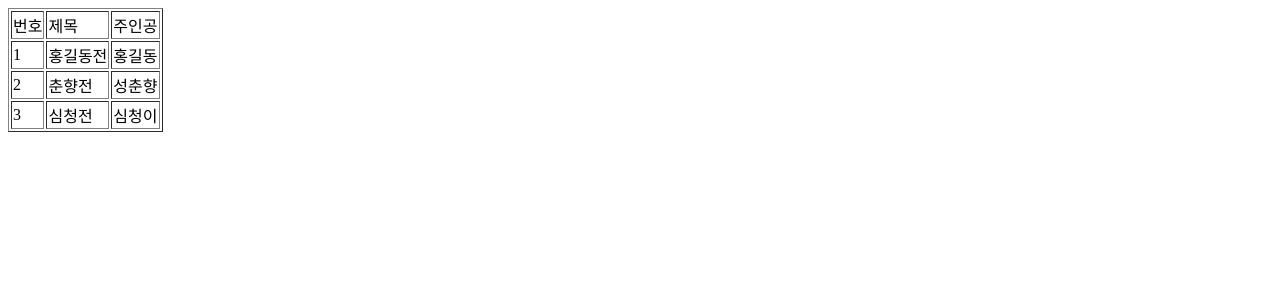
Repository: JeongminHW/Web_study
Page: HTML/myHTML/src/main/webapp/ch03/table.html
An editor plug-in stored every save of this project. The page is shown before and after a run of saves, followed by the edit.
The browser window is 1280 px wide. The pictures show the whole page.

Above is the page before, as saved 2024-07-09 02:28:06.

After the next 2 saves:
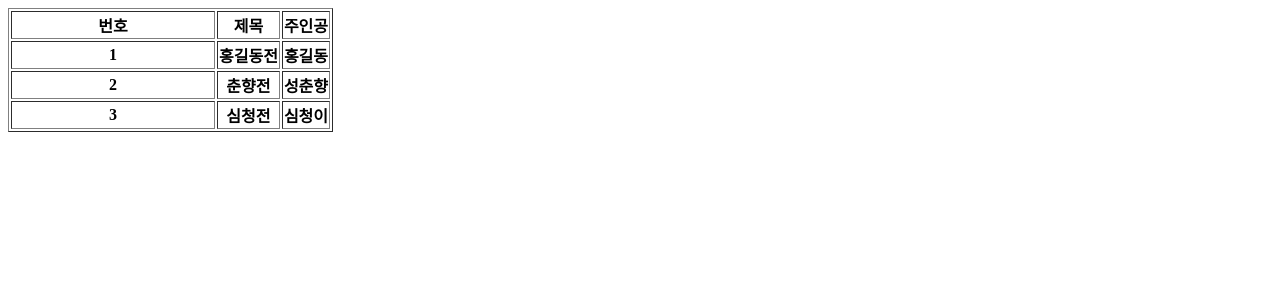
The 2 saves are shown as one change because they came seconds apart.
The last was saved 55 s later.
--- a/HTML/myHTML/src/main/webapp/ch03/table.html
+++ b/HTML/myHTML/src/main/webapp/ch03/table.html
@@ -6,26 +6,26 @@
 </head>
 <body>
 	<table border="1">
-		<!-- tr : 행 / td : 열 -->
+		<!-- tr : 행 / td : 열 / th : -->
 		<tr>
-			<td>번호</td>
-			<td>제목</td>
-			<td>주인공</td>
+			<th width=200>번호</th>
+			<th>제목</th>
+			<th>주인공</th>
 		</tr>
 		<tr>
-			<td>1</td>
-			<td>홍길동전</td>
-			<td>홍길동</td>
+			<th>1</th>
+			<th>홍길동전</th>
+			<th>홍길동</th>
 		</tr>
 		<tr>
-			<td>2</td>
-			<td>춘향전</td>
-			<td>성춘향</td>
+			<th>2</th>
+			<th>춘향전</th>
+			<th>성춘향</th>
 		</tr>
 		<tr>
-			<td>3</td>
-			<td>심청전</td>
-			<td>심청이</td>
+			<th>3</th>
+			<th>심청전</th>
+			<th>심청이</th>
 		</tr>
 	</table>
 </body>
